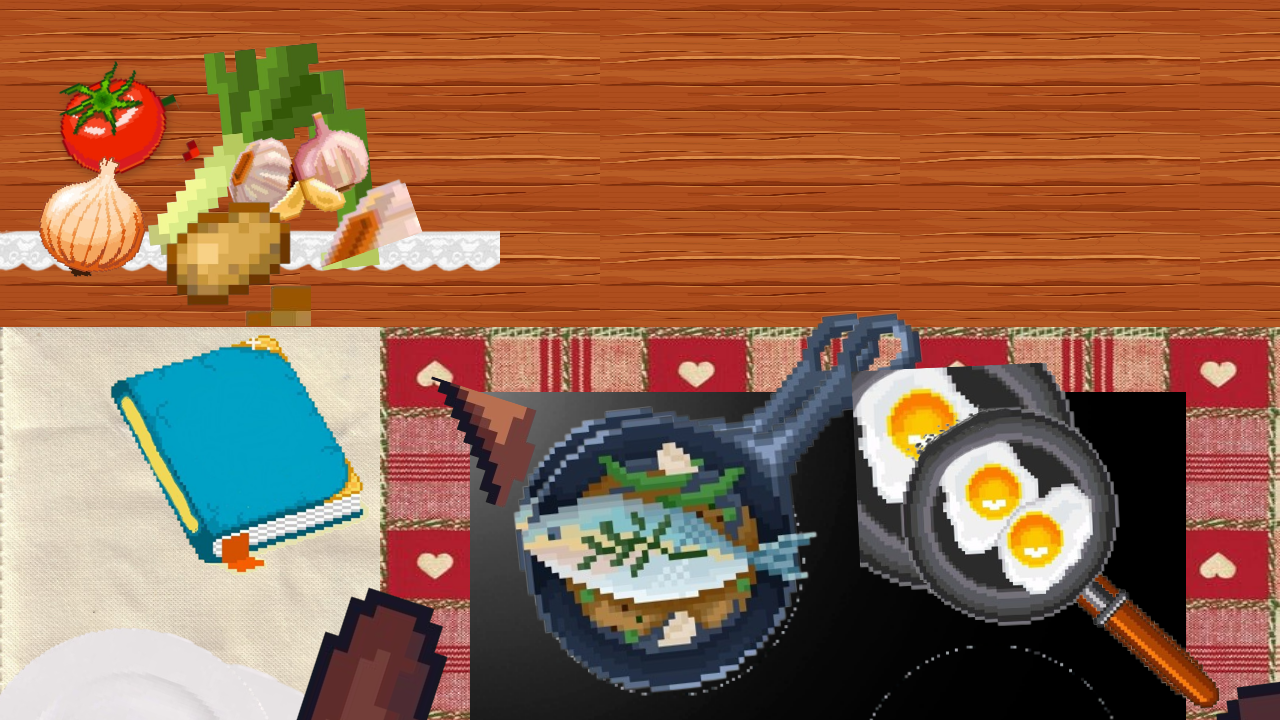
Repository: AJamdonuts/ToddyTalks
Page: playingaround2/pages/chefsujin.html
The author's editor kept a copy of each file at every save. The page is drawn from the files as they stood at one save, then again after the next save.
The browser window is 1280 px wide. The pictures show the whole page.

Above is the page before, as saved 2025-11-26 22:30:19.
Console error: ReferenceError: MIN_SCALE is not defined

### playingaround2/pages/chefsujin.html
<!DOCTYPE html>
<html>
<head>
    <meta charset="UTF-8">
    <meta name="viewport" content="width=device-width, initial-scale=1">
    <link href="/playingaround2/styles/chefsujin.css" rel="stylesheet">
    <script src="/playingaround2/javascript/chefsujin.js" defer></script>
    <title>Chef Sujin</title>
    <link rel="icon" type="image/x-icon" href="/playingaround2/images/favicon.ico">
</head>
<body>
    <div class="canvas">
        <img src="/playingaround2/images/09362b8ce39beb85f830c3373e6b392c-removebg-preview.png" alt="Chef Sujin Banner" class="chef-sujin-banner">
        <img src="/playingaround2/images/b41e50d46e26e9463ce130b2da7a46aa.jpg" class="creamtexture">
        <img src="/playingaround2/images/check table cloth.jpg" class="checktablecloth">
        <img src="/playingaround2/images/pxArt-2.png" class="hob">
        <img src="/playingaround2/images/pixil-frame-0-removebg-preview 1.png" class="recipebook">
        <img src="/playingaround2/images/fishpan.png" class="fishpan">
        <img src="/playingaround2/images/leek-removebg-preview.png" class="leek">
        <img src="/playingaround2/images/garlic-removebg-preview.png" class="garlic">
        <img src="/playingaround2/images/d95fa1e62c663504736614e026fc4862-removebg-preview.png" class="potato">
        <img src="/playingaround2/images/pixil-frame-0-removebg-preview.png" class="eggpan" >
        <img src="/playingaround2/images/pxArt-2-removebg-preview.png" class="vegpan">
        <img src="/playingaround2/images/pxArt-removebg-preview.png" class="plate">
        <img src="/playingaround2/images/tomato-removebg-preview.png" class="tomato">
        <img src="/playingaround2/images/onion-removebg-preview.png" class="onion">
        <img src="/playingaround2/images/IMG_0236_2-removebg-preview.png" class="beararm1" >
        <img src="/playingaround2/images/IMG_0236-removebg-preview.png" class="beararm2" >
    </div>

</body>
</html>

### playingaround2/styles/chefsujin.css
html, body {
    margin: 0;
    padding: 0;
    /* Crucial: Sets the viewport as the reference size */
    width: 100vw;
    height: 100vh;
    overflow: hidden;
}

/* Add a main container to hold all your absolutely positioned elements */
.canvas {
    position: relative;
    width: 100%;
    height: 100%;
    max-width: 1440px;
    max-height: 1024px;
    transform-origin: bottom center;
    transform: scale(var(--scale-factor, 1));
    overflow: hidden;
}

/* Use Flexbox on the body to center the .canvas element when it hits the max size */
body {
    display: flex;
    justify-content: center; /* horizontally center canvas */
    align-items: flex-end;   /* vertically position canvas as needed */

    background-image: url('/playingaround2/images/kitchencounter.jpg');
    background-repeat: repeat;      /* repeat the image */
    background-size: 300px 100px;   /* set width and height for each tile */
    background-position: top left;  /* start tiling from top-left */
    background-attachment: scroll;  /* moves with page */
    background-color: #ffffff;      /* fallback color */
}



.tomato {
    position: absolute;
    width: 133.75px;
    height: 133.75px;
    left: 45.02px;
    top: 55.06px;
    background: url(tomato-removebg-preview.png);
    filter: drop-shadow(0px 4px 4px rgba(0, 0, 0, 0.25));
    border-radius: 4px;
    transform: rotate(-24.58deg);
}

.potato {
    position: absolute;
    width: 165px;
    height: 165px;
    left: 146px;
    top: 161px;
    background: url(d95fa1e62c663504736614e026fc4862-removebg-preview.png);
}

.leek {
    position: absolute;
    width: 257.96px;
    height: 257.96px;
    left: 109.95px;
    top: 20px;
    background: url(leek-removebg-preview.png);
    transform: rotate(-5.62deg);
}

.garlic {
    position: absolute;
    width: 194.8px;
    height: 194.8px;
    left: 200.62px;
    top: 74.87px;
    background: url(garlic-removebg-preview.png);
    transform: rotate(-19.27deg);
}

.onion {
    position: absolute;
    width: 126.18px;
    height: 144.28px;
    left: 32px;
    top: 145.3px;
    background: url(onion-removebg-preview.png);
    transform: rotate(17.63deg);
    }

.recipebook {
    position: absolute;
    width: 300px;
    height: 300px;
    left: 90px;
    top: 302px;
}

.plate {
    position: absolute;
    width: 334.76px;
    height: 332.75px;
    left: -40px;
    top: 616px;
    background: url(pxArt-removebg-preview.png);
    transform: rotate(19.64deg);
}

.beararm1 {
    position: absolute;
    width: 448.49px;
    height: 883.17px;
    left: 132px;
    top: 374px;
    background: url(IMG_0236_2-removebg-preview.png);
    transform: matrix(0.95, 0.31, 0.31, -0.95, 0, 0);
}

.beararm2 {
    position: absolute;
    width: 348.8px;
    height: 764.5px;
    left: 1062px;
    top: 450px;
    background: url(IMG_0236-removebg-preview.png);
    transform: matrix(0.99, -0.13, -0.13, -0.99, 0, 0);
}

.fishpan {
    position: absolute;
    width: 546.95px;
    height: 546.95px;
    left: 460px;
    top: 280px;
    background: url(fishpan.png);
    transform: rotate(-6.22deg);
}

.eggpan {
    position: absolute;
    width: 396px;
    height: 396px;
    left: 860px;
    top: 362.44px;
    background: url(pixil-frame-0-removebg-preview.png);
    transform: rotate(177.33deg);
}

.vegpan {
    position: absolute;
    width: 207px;
    height: 310px;
    left: 560px;
    top: 680px;
    background: url(pxArt-2-removebg-preview.png);
    transform: rotate(81.24deg);
}

.hob {
    position: absolute;
    width: 716px;
    height: 632px;
    left: 470px;
    top: 392px;
    background: url(pxArt-2.png);
}

.creamtexture {
    position: absolute;
    width: 476px;
    height: 696px;
    left: 0px;
    bottom:0px;
    top: 327px;
    background: url(b41e50d46e26e9463ce130b2da7a46aa.jpg);
}

.checktablecloth {
    position: absolute;
    width: 900px;
    height: 697px;
    bottom: 0px;
    top: 327px;
    right: 0px;
}

### playingaround2/javascript/chefsujin.js
function calculateScaleFactor() {
    const DESIGN_WIDTH = 1440;
    const DESIGN_HEIGHT = 1024;



    const viewportWidth = window.innerWidth;
    const viewportHeight = window.innerHeight;

    // Calculate the scale factor based on current viewport size
    const widthScale = viewportWidth / DESIGN_WIDTH;
    const heightScale = viewportHeight / DESIGN_HEIGHT;

    // Use the smaller scale factor to ensure everything fits inside the window
    let scaleFactor = Math.min(widthScale, heightScale);

    // Get the .canvas element
    const canvas = document.querySelector('.canvas');

    if (canvas) {
        // Step 1: Prevent scaling up past 1 (full size)
        scaleFactor = Math.min(scaleFactor, 1);

        // *** Step 2: Ensure the scale factor does not drop below the minimum ***
        const finalScale = Math.max(scaleFactor, MIN_SCALE);

        canvas.style.setProperty('--scale-factor', finalScale);

        // Additionally, set the fixed width/height so the centering works correctly
        canvas.style.width = `${DESIGN_WIDTH}px`;
        canvas.style.height = `${DESIGN_HEIGHT}px`;
    }
}

window.addEventListener('resize', calculateScaleFactor);
document.addEventListener('DOMContentLoaded', calculateScaleFactor);

After the next save:
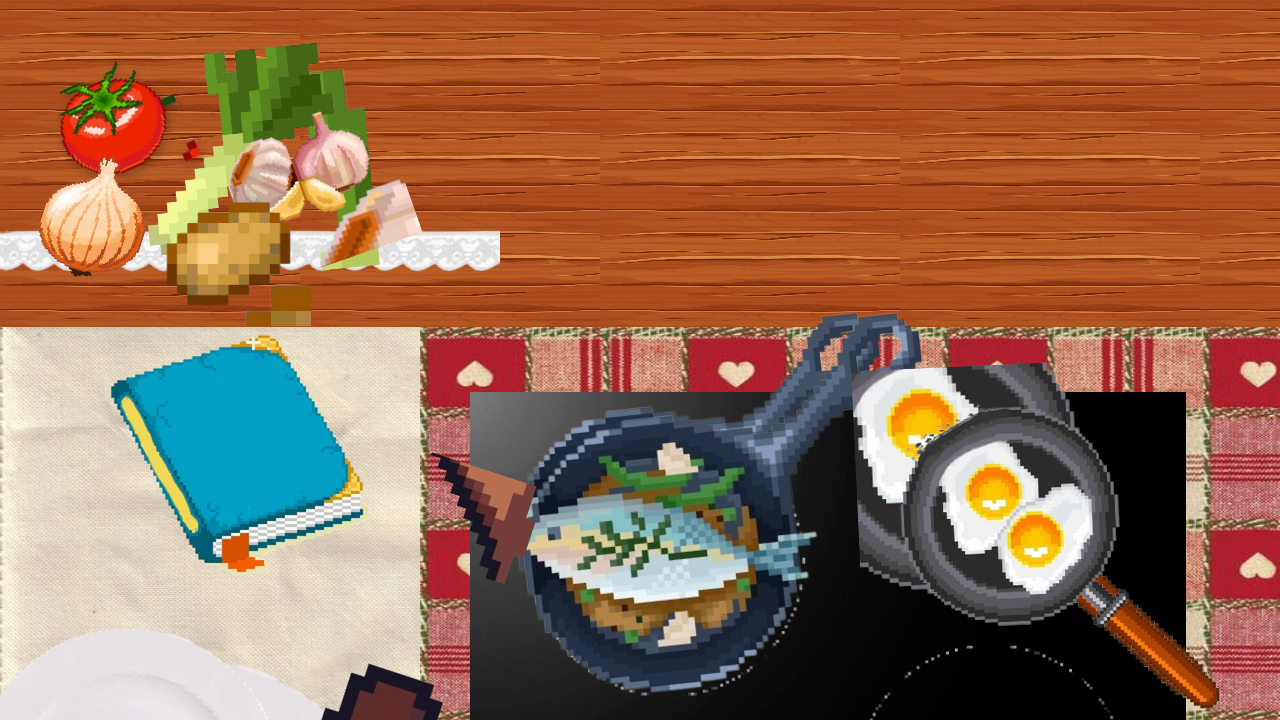
Saved 3 min 47 s later.
--- a/playingaround2/styles/chefsujin.css
+++ b/playingaround2/styles/chefsujin.css
@@ -109,7 +109,7 @@ body {
     width: 448.49px;
     height: 883.17px;
     left: 132px;
-    top: 374px;
+    top: 450px;
     background: url(IMG_0236_2-removebg-preview.png);
     transform: matrix(0.95, 0.31, 0.31, -0.95, 0, 0);
 }
@@ -118,8 +118,8 @@ body {
     position: absolute;
     width: 348.8px;
     height: 764.5px;
-    left: 1062px;
-    top: 450px;
+    left: 1000px;
+    top: 500px;
     background: url(IMG_0236-removebg-preview.png);
     transform: matrix(0.99, -0.13, -0.13, -0.99, 0, 0);
 }
@@ -179,5 +179,5 @@ body {
     height: 697px;
     bottom: 0px;
     top: 327px;
-    right: 0px;
+    left: 420px;
 }
